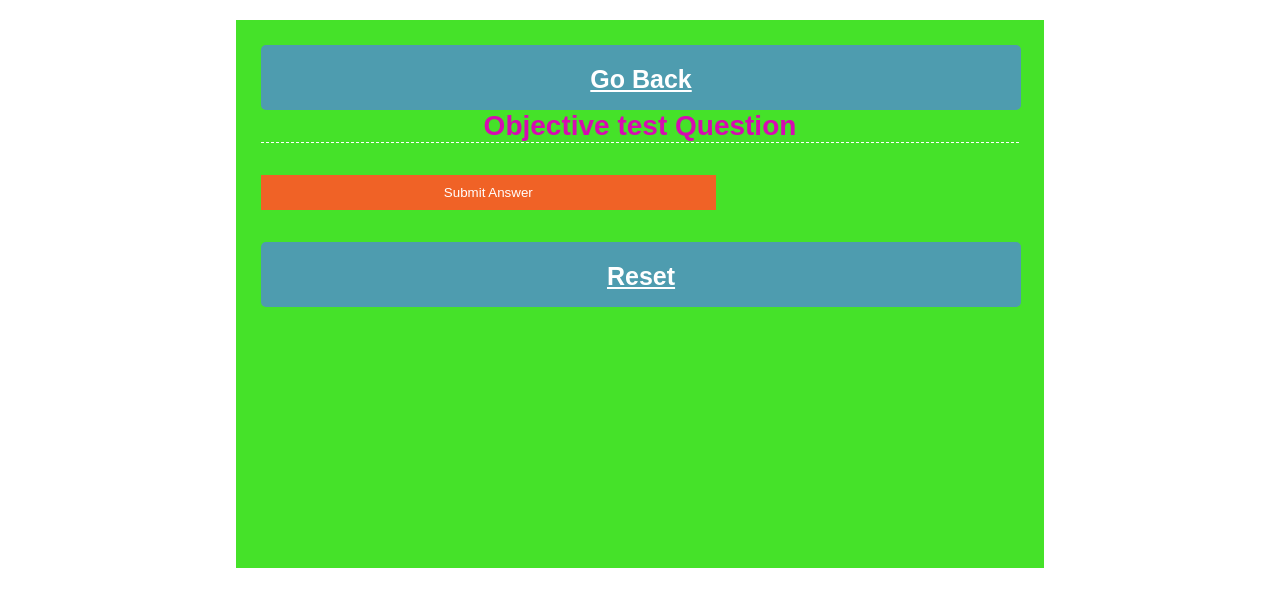
Repository: ashimmitra/Final-Project
Page: http://localhost/quiz/
The author's editor kept a copy of each file at every save. The page is drawn from the files as they stood at one save, then again after the next save.
The browser window is 1280 px wide. The pictures show the whole page.
The page is served by the project's application, run on Django 3.2 (project/manage.py). Queries for data that is not in the repository find no rows.

Above is the page before, as saved 2021-04-21 23:23:11.

After the next save:
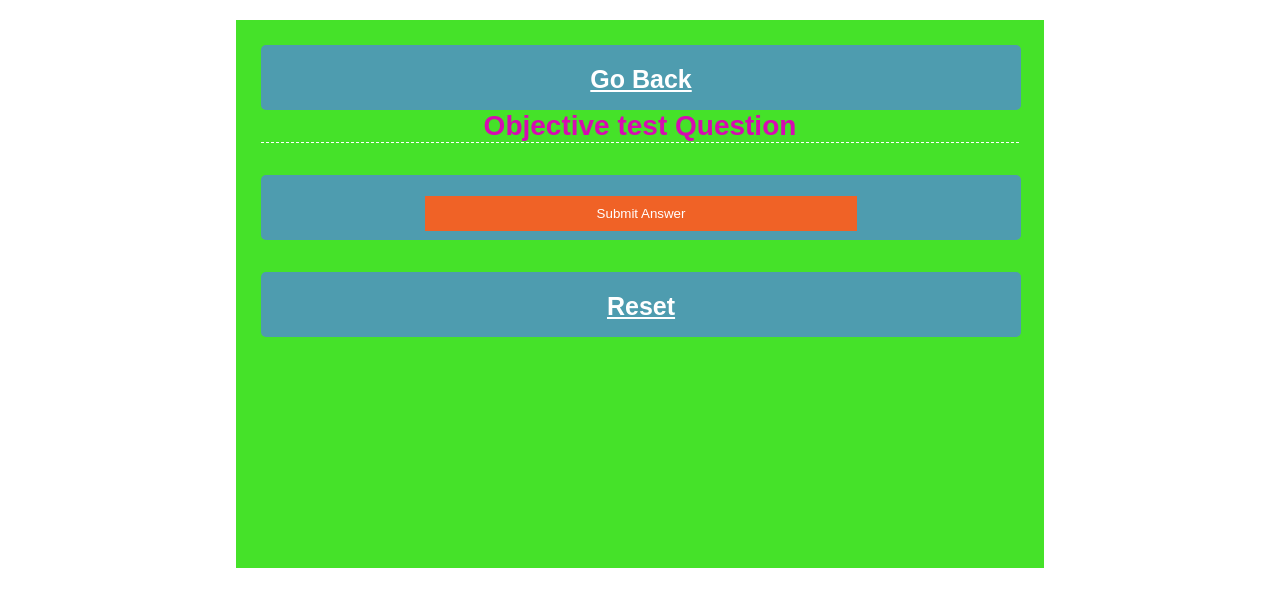
Saved 2 min 25 s later.
--- a/Varsity-Final-Project-by-Django-master/project/quiz/templates/english.html
+++ b/Varsity-Final-Project-by-Django-master/project/quiz/templates/english.html
@@ -27,7 +27,7 @@
                 <input type="radio" name="q{{ q.id }}" value="d" id="q1d"> d. {{ q.option4 }}<br><br> {% endfor %}
 
                 <br><br>
-                <a href="/quiz/result/"><input type="submit" value="Submit Answer"></a>
+                <a href="/quiz/result/" class="button"><input type="submit" value="Submit Answer"></a>
             </form>
             <br><br>
             <a href="/quiz/english/" class="button">Reset</a>

After the save that followed:
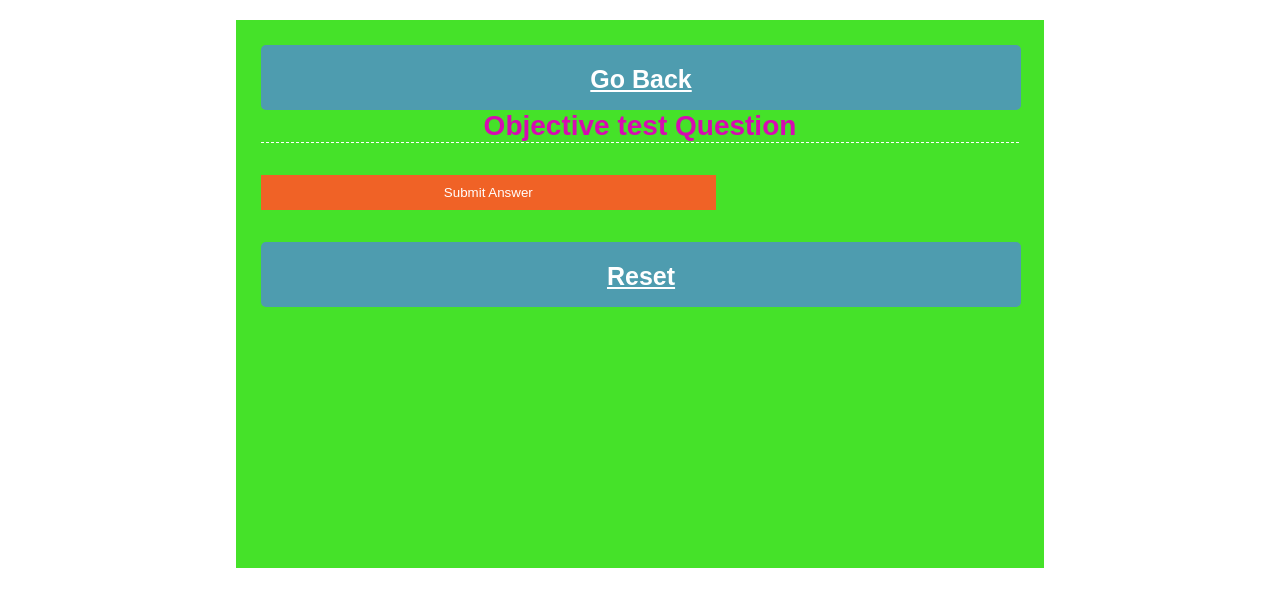
Saved 51 s later.
--- a/Varsity-Final-Project-by-Django-master/project/quiz/templates/english.html
+++ b/Varsity-Final-Project-by-Django-master/project/quiz/templates/english.html
@@ -27,7 +27,7 @@
                 <input type="radio" name="q{{ q.id }}" value="d" id="q1d"> d. {{ q.option4 }}<br><br> {% endfor %}
 
                 <br><br>
-                <a href="/quiz/result/" class="button"><input type="submit" value="Submit Answer"></a>
+                <a href="/quiz/result/"><input type="submit" value="Submit Answer"></a>
             </form>
             <br><br>
             <a href="/quiz/english/" class="button">Reset</a>
